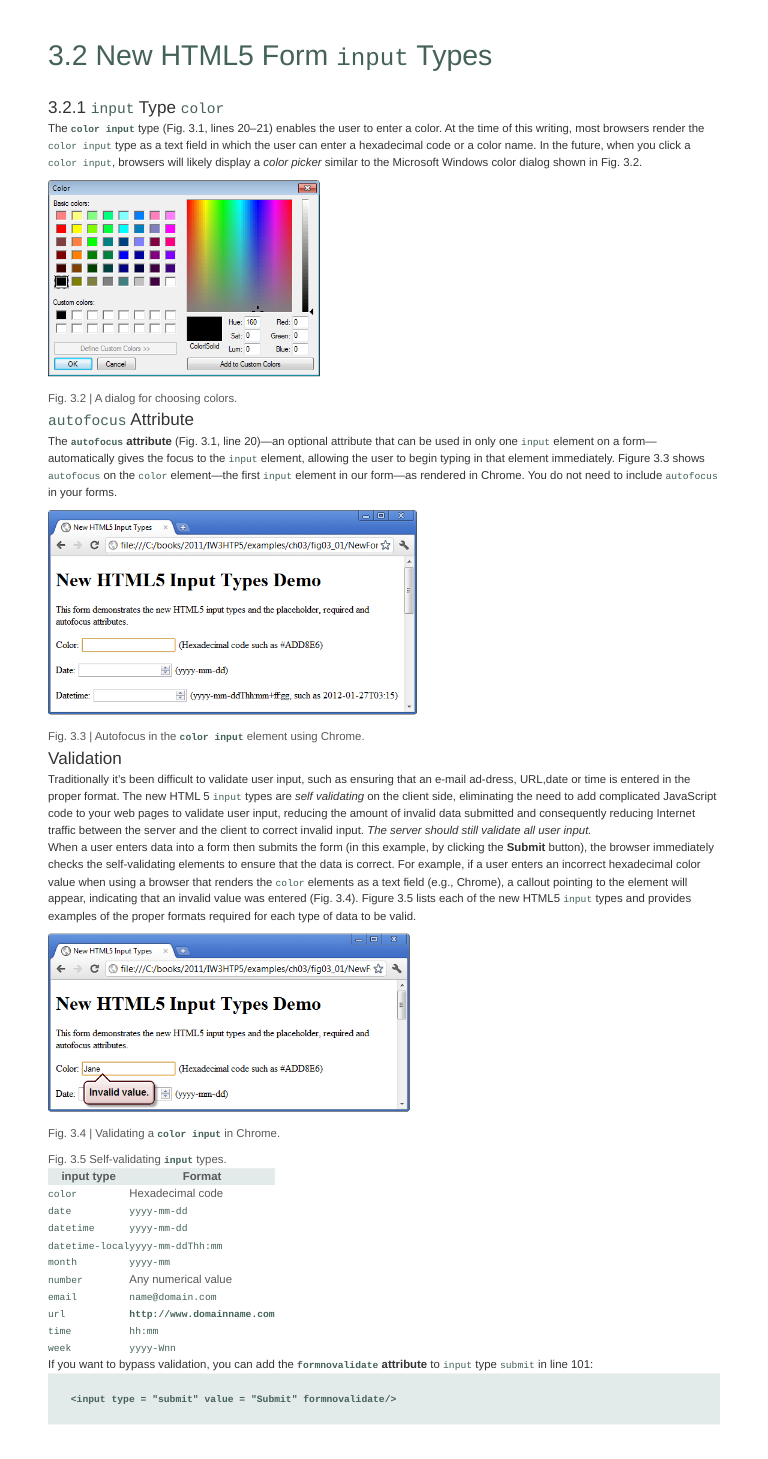
Repository: mlmEFSC21/P4-Textbook-Copy
Page: index.html
These files come from the project's save history. The page is drawn as it stood at one moment and after the next save; the edit follows.
The browser window is 1280 px wide. The pictures show the whole page, at 60% of full size.

Above is the page before, as saved 2022-02-03 17:26:28.

### index.html
<!DOCTYPE html>
<html lang="en">
    <head>
        <meta charset="UTF-8" />
        <meta http-equiv="X-UA-Compatible" content="IE=edge" />
        <meta name="viewport" content="width=device-width, initial-scale=1.0" />
        <link rel="stylesheet" href="bookStyles.css" />
        <title>Laying Out Book Pages</title>
    </head>
    <header>
        <h1>
            3.2 New HTML5 Form <code><span class="header1">input</span></code> Types
        </h1>
    </header>
    <body>
        <section class="color-input-type">
            <header>
                <h2>3.2.1 <code>input</code> Type <code>color</code></h2>
            </header>
            <p>
                The <code><span class="code-heavy">color input</span></code> type (Fig. 3.1, lines
                20–21) enables the user to enter a color. At the time of this writing, most browsers
                render the <code>color input</code> type as a text field in which the user can enter
                a hexadecimal code or a color name. In the future, when you click a
                <code>color input</code>, browsers will likely display a
                <em>color picker</em> similar to the Microsoft Windows color dialog shown in Fig.
                3.2.
            </p>
            <figure>
                <img src="images\OperaColorInput.png" alt="Microsoft Windows color dialog" />
                <figcaption>Fig. 3.2 | A dialog for choosing colors.</figcaption>
            </figure>
        </section>
        <section class="autofocus-attribute">
            <header>
                <h2><code>autofocus</code> Attribute</h2>
            </header>
            <p>
                The <code><span class="code-heavy">autofocus</span></code>
                <strong>attribute</strong> (Fig. 3.1, line 20)—an optional attribute that can be
                used in only one <code>input</code> element on a form—automatically gives the focus
                to the <code>input</code> element, allowing the user to begin typing in that element
                immediately. Figure 3.3 shows <code>autofocus</code> on the
                <code>color</code> element—the first <code>input</code> element in our form—as
                rendered in Chrome. You do not need to include <code>autofocus</code> in your forms.
            </p>
            <figure>
                <img
                    src="images\Autofocus.png"
                    alt="web page demo of autofocus on a color input field"
                />
                <figcaption>
                    Fig. 3.3 | Autofocus in the
                    <code><span class="code-heavy">color input</span></code> element using Chrome.
                </figcaption>
            </figure>
        </section>
        <section class="input-validation">
            <header>
                <h2>Validation</h2>
            </header>
            <p>
                Traditionally it’s been difficult to validate user input, such as ensuring that an
                e-mail ad-dress, URL,date or time is entered in the proper format. The new HTML 5
                <code>input</code> types are <em>self validating</em> on the client side,
                eliminating the need to add complicated JavaScript code to your web pages to
                validate user input, reducing the amount of invalid data submitted and consequently
                reducing Internet traffic between the server and the client to correct invalid
                input. <em>The server should still validate all user input.</em>
            </p>
            <p>
                When a user enters data into a form then submits the form (in this example, by
                clicking the <strong>Submit</strong> button), the browser immediately checks the
                self-validating elements to ensure that the data is correct. For example, if a user
                enters an incorrect hexadecimal color value when using a browser that renders the
                <code>color</code> elements as a text field (e.g., Chrome), a callout pointing to
                the element will appear, indicating that an invalid value was entered (Fig. 3.4).
                Figure 3.5 lists each of the new HTML5 <code>input</code> types and provides
                examples of the proper formats required for each type of data to be valid.
            </p>
            <figure>
                <img
                    src="images\SelfValidationChrome.png"
                    alt="web page demo of validation preventing a non color input into a color input field"
                />
                <figcaption>
                    Fig. 3.4 | Validating a
                    <code><span class="code-heavy">color input</span></code> in Chrome.
                </figcaption>
            </figure>
        </section>
        <section class="self-validating-types">
            <figure>
                <figcaption>
                    Fig. 3.5 Self-validating
                    <code><span class="code-heavy">input</span></code> types.
                </figcaption>
                <table class="validation-table">
                    <thead>
                        <th>input type</th>
                        <th>Format</th>
                    </thead>
                    <tr>
                        <td><code>color</code></td>
                        <td>Hexadecimal code</td>
                    </tr>
                    <tr>
                        <td><code>date</code></td>
                        <td><code>yyyy-mm-dd</code></td>
                    </tr>
                    <tr>
                        <td><code>datetime</code></td>
                        <td><code>yyyy-mm-dd</code></td>
                    </tr>
                    <tr>
                        <td><code>datetime-local</code></td>
                        <td><code>yyyy-mm-ddThh:mm</code></td>
                    </tr>
                    <tr>
                        <td><code>month</code></td>
                        <td><code>yyyy-mm</code></td>
                    </tr>
                    <tr>
                        <td><code>number</code></td>
                        <td>Any numerical value</td>
                    </tr>
                    <tr>
                        <td><code>email</code></td>
                        <td><code>name@domain.com</code></td>
                    </tr>
                    <tr>
                        <td><code>url</code></td>
                        <td>
                            <a href="http://www.domainname.com"
                                ><code>http://www.domainname.com</code></a
                            >
                        </td>
                    </tr>
                    <tr>
                        <td><code>time</code></td>
                        <td><code>hh:mm</code></td>
                    </tr>
                    <tr>
                        <td><code>week</code></td>
                        <td><code>yyyy-Wnn</code></td>
                    </tr>
                </table>
            </figure>
            <aside>
                <p>
                    If you want to bypass validation, you can add the
                    <code><span class="code-heavy">formnovalidate</span></code>
                    <strong>attribute</strong> to <code>input</code> type <code>submit</code> in
                    line 101:
                </p>
                <div class="form-no-val">
                    <span class="code-heavy"
                        ><code
                            >&lt;input type = "submit" value = "Submit" formnovalidate/&gt;</code
                        ></span
                    >
                </div>
            </aside>
        </section>
    </body>
</html>

### bookStyles.css
:root {
    --clr-prime: #;
    --clr-font-prime: #333;
    --clr-font-code: #446256;
    --clr-font-links: #275b8a;
    --clr-font-fig-figcap: #585858;
    --clr-background: white;
    --clr-background-accent: rgba(70, 114, 115, 0.15);
}
*,
*::before,
*::after {
    margin: 0;
    padding: 0;
    box-sizing: border-box;
}
html {
    font-size: 19px;
    font-family: sans-serif;
}
body {
    font-family: "Helvetica Neue", Helvetica, Arial, "Lucida Grande", sans-serif;
    margin: 57px 0;
    padding: 0 80px;
    padding: auto;
    line-height: 1.5;
    background-color: var(--clr-background);
    color: var(--clr-font-prime);
}
h1 {
    font-size: 2.5em;
    margin-top: 1.15em;
    margin-bottom: 0.6em;
    font-style: normal;
    font-weight: 300;
    line-height: 1.5;
}
h2 {
    font-weight: 400;
}
h1,
code {
    color: var(--clr-font-code);
}
figure,
figcaption {
    margin-top: 0.75em;
    color: #585858;
    font-weight: 300;
}
code {
    font-family: Courier, "Courier New", monospace;
    font-size: 0.85em;
}
.code-heavy {
    font-weight: 900;
}
table {
    border-collapse: collapse;
}
div {
    padding: 1.5em 0 1.5em 2em;
}
th,
div {
    background-color: var(--clr-background-accent);
}
a {
    color: var(--clr-font-links);
    text-decoration: none;
    font-weight: 700;
    cursor: pointer;
}

After the next save:
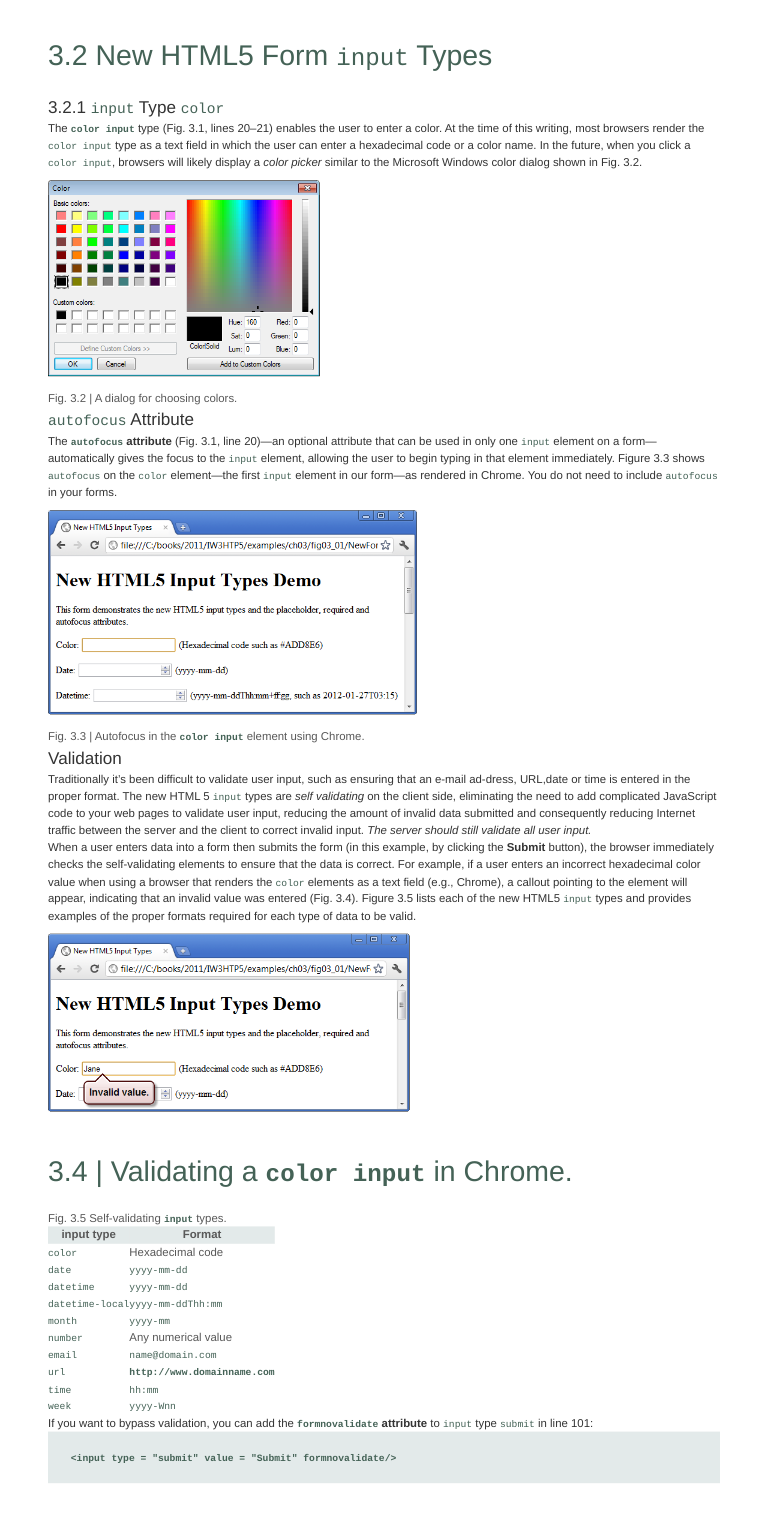
Saved 10 min 59 s later.
--- a/index.html
+++ b/index.html
@@ -84,8 +84,12 @@
                     alt="web page demo of validation preventing a non color input into a color input field"
                 />
                 <figcaption>
-                    Fig. 3.4 | Validating a
-                    <code><span class="code-heavy">color input</span></code> in Chrome.
+                    <header>
+                        <h1 class="fig-cap">
+                            3.4 | Validating a
+                            <code><span class="code-heavy">color input</span></code> in Chrome.
+                        </h1>
+                    </header>
                 </figcaption>
             </figure>
         </section>
